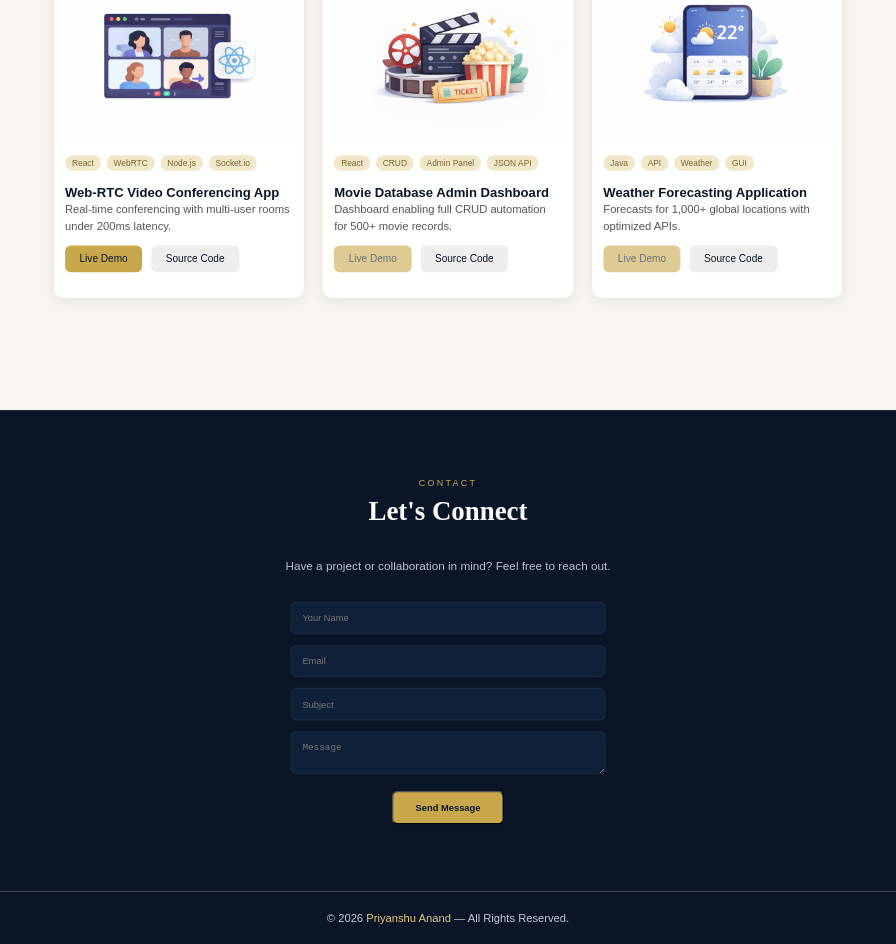
Repository: priyanshuanand12022/My-Portfolio
Page: /
An editor plug-in stored every save of this project. The page is shown before and after the next save, followed by the edit.
The browser window is 1280 px wide. The pictures show the part of the page from y = 1397 to 3317 px (the page is 2746 px tall before and 3317 px after), at 70% of full size.
The project was rebuilt for these pictures with package versions that can differ from the ones it lists, and the page was loaded fresh each time. Also part of the build but not shown: vite.config.js.

Above is the page before, as saved 2026-02-25 23:38:24.

### index.html
<!doctype html>
<html lang="en">
  <head>
    <meta charset="UTF-8" />
    <link rel="icon" href="/favicon.png" type="image/png" sizes="32x32" />
    <link rel="apple-touch-icon" href="/favicon.png" />
    <meta name="viewport" content="width=device-width, initial-scale=1.0" />
    <title>Portfolio</title>
  </head>
  <body>
    <div id="root"></div>
    <script type="module" src="/src/main.jsx"></script>
  </body>
</html>

### src/main.jsx
import React from "react";
import ReactDOM from "react-dom/client";
import Portfolio from "./Portfolio.jsx";

ReactDOM.createRoot(document.getElementById("root")).render(
  <React.StrictMode>
    <Portfolio />
  </React.StrictMode>
);

### src/Portfolio.jsx
import { useState } from "react";
import "./Portfolio.css";
import emailjs from "emailjs-com";

// Images
import webrtcImg from "./assets/webrtc.png";
import movieImg from "./assets/movie.png";
import weatherImg from "./assets/weather.png";
import backendImg from "./assets/backend.png";
import problemImg from "./assets/problem.png";
import teamImg from "./assets/team.png";

export default function Portfolio() {
  const [submitted, setSubmitted] = useState(false);
  const [formData, setFormData] = useState({
    name: "",
    email: "",
    subject: "",
    message: "",
  });

  const handleSubmit = (e) => {
    e.preventDefault();

    emailjs
      .send(
        "service_lk6jd4n",
        "template_el7uc7k",
        {
          name: formData.name,
          email: formData.email,
          subject: formData.subject,
          message: formData.message,
        },
        "nVCyFrHKLSf0xcnOJ"
      )
      .then(() => {
        setSubmitted(true);
      })
      .catch((err) => {
        console.log("Email send error:", err);
        alert("Something went wrong!");
      });
  };

  const handleChange = (e) =>
    setFormData((prev) => ({ ...prev, [e.target.name]: e.target.value }));

  return (
    <div className="portfolio">

      {/* ================= NAVBAR ================= */}
      <nav className="nav">
  {/* Left */}
  <div className="nav-logo">Priyanshu Anand</div>

  {/* Center */}
  <ul className="nav-center">
    <li><a href="#about">About</a></li>
    <li><a href="#skills">Skills</a></li>
    <li><a href="#projects">Projects</a></li>
    <li><a href="#contact">Contact</a></li>
  </ul>

  {/* Right */}
  <div className="nav-right">

    {/* Resume Button */}
    <a
      href="/resume.pdf"
      className="resume-btn"
      target="_blank"
      rel="noopener noreferrer"
    >
      Resume
    </a>

    <a href="https://github.com/priyanshuanand12022" target="_blank">
      <img className="icon" src="/github.svg" alt="GitHub" />
    </a>

    <a href="https://www.linkedin.com/in/priyanshu-anand-213315353" target="_blank">
      <img className="icon" src="/linkedin.svg" alt="LinkedIn" />
    </a>
  </div>
</nav>

      {/* ================= HERO ================= */}
      <section id="about" className="hero">
        <h1>Building performant, scalable & user-focused applications</h1>

        <p className="hero-desc">
          Versatile and results-driven Full Stack Developer with hands-on
          experience in MERN, Spring Boot, and modern databases. Passionate
          about crafting efficient, scalable, and user-centered solutions
          while contributing to open-source and developer communities.
        </p>

        <div className="hero-buttons">
          <a href="#projects" className="btn-primary">View Work</a>
          <a href="#contact" className="btn-secondary">Get In Touch</a>
        </div>
      </section>

      {/* ================= SKILLS ================= */}
      <section id="skills" className="skills">
        <div className="section-tag">SKILLS</div>
        <h2 className="section-title">What I Bring</h2>

        <div className="skills-grid">

          <div className="skill-card">
            <img src={webrtcImg} alt="Frontend" className="skill-img" />
            <h3>Frontend Development</h3>
            <p>React, JavaScript, HTML, CSS, UI/UX oriented design.</p>
          </div>

          <div className="skill-card">
            <img src={backendImg} alt="Backend" className="skill-img" />
            <h3>Backend Engineering</h3>
            <p>Node.js, Spring Boot, REST APIs, MongoDB, SQL.</p>
          </div>

          <div className="skill-card">
            <img src={problemImg} alt="Problem Solving" className="skill-img" />
            <h3>Problem Solving</h3>
            <p>Strong DSA foundation, debugging, and optimization.</p>
          </div>

          <div className="skill-card">
            <img src={teamImg} alt="Team" className="skill-img" />
            <h3>Team & Leadership</h3>
            <p>Collaboration, communication, adaptability, ownership.</p>
          </div>

        </div>
      </section>

      {/* ================= PROJECTS ================= */}
      <section id="projects" className="projects">
        <div className="section-tag">PORTFOLIO</div>
        <h2 className="section-title">Selected Projects</h2>

        <div className="projects-grid">

          {/* WEBRTC */}
          <div className="project-card">
            <img src={webrtcImg} className="project-img" alt="WebRTC" />
            <div className="project-tags">
              <span>React</span>
              <span>WebRTC</span>
              <span>Node.js</span>
              <span>Socket.io</span>
            </div>
            <h3>Web-RTC Video Conferencing App</h3>
            <p>Real-time conferencing with multi-user rooms under 200ms latency.</p>

            <div className="project-buttons">
              <a href="https://webrtc-conference-app2.netlify.app" className="btn-live">Live Demo</a>
              <a href="https://github.com/priyanshuanand12022/webrtc-full-app.git" className="btn-code">Source Code</a>
            </div>
          </div>

          {/* MOVIE DASHBOARD */}
          <div className="project-card">
            <img src={movieImg} className="project-img" alt="Movie Dashboard" />
            <div className="project-tags">
              <span>React</span>
              <span>CRUD</span>
              <span>Admin Panel</span>
              <span>JSON API</span>
            </div>
            <h3>Movie Database Admin Dashboard</h3>
            <p>Dashboard enabling full CRUD automation for 500+ movie records.</p>

            <div className="project-buttons">
              <a className="btn-live disabled">Live Demo</a>
              <a href="https://github.com/priyanshuanand12022/DBMS-Movie-Ticket-Booking-System.git" className="btn-code">Source Code</a>
            </div>
          </div>

          {/* WEATHER APP */}
          <div className="project-card">
            <img src={weatherImg} className="project-img" alt="Weather App" />
            <div className="project-tags">
              <span>Java</span>
              <span>API</span>
              <span>Weather</span>
              <span>GUI</span>
            </div>
            <h3>Weather Forecasting Application</h3>
            <p>Forecasts for 1,000+ global locations with optimized APIs.</p>

            <div className="project-buttons">
              <a className="btn-live disabled">Live Demo</a>
              <a href="https://github.com/priyanshuanand12022/JAVA-WEATHER-APPLICATION-PROJECT.git" className="btn-code">Source Code</a>
            </div>
          </div>

        </div>
      </section>

      {/* ================= CONTACT ================= */}
      <section id="contact" className="contact">
        <div className="section-tag light">CONTACT</div>
        <h2 className="section-title light">Let's Connect</h2>

        <p className="contact-desc">
          Have a project or collaboration in mind? Feel free to reach out.
        </p>

        {submitted ? (
          <div className="thankyou">
            Thank you! I’ll get back to you soon.
          </div>
        ) : (
          <form className="contact-form" onSubmit={handleSubmit}>
            <input name="name" placeholder="Your Name" required onChange={handleChange} />
            <input name="email" type="email" placeholder="Email" required onChange={handleChange} />
            <input name="subject" placeholder="Subject" onChange={handleChange} />
            <textarea name="message" placeholder="Message" required onChange={handleChange} />
            <button className="btn-primary submit-btn">Send Message</button>
          </form>
        )}
      </section>

      {/* ================= FOOTER ================= */}
      <footer className="footer">
        © 2026 <span>Priyanshu Anand</span> — All Rights Reserved.
      </footer>

    </div>
  );
}

### src/Portfolio.css
/* GLOBAL */
* {
  margin: 0;
  padding: 0;
  box-sizing: border-box;
}

body {
  font-family: "DM Sans", sans-serif;
  background: #f8f4ef;
  color: #0a1628;
}

.portfolio {
  width: 100%;
  overflow-x: hidden;
}

/* ================= NAV ================= */
.nav {
  display: flex;
  justify-content: space-between;
  align-items: center;
  padding: 1.1rem 6%;
  position: fixed;
  top: 0;
  width: 100%;
  background: rgba(10, 22, 40, 0.95);
  backdrop-filter: blur(10px);
  z-index: 2000;
}

.nav-logo {
  color: white;
  font-weight: 700;
  font-size: 1.6rem;
  letter-spacing: 0.5px;
}

.nav {
  display: flex;
  justify-content: space-between;   /* keeps left, center, right separated */
  align-items: center;
  padding: 1.2rem 6%;
  position: fixed;
  top: 0;
  width: 100%;
  background: rgba(10, 22, 40, 0.92);
  backdrop-filter: blur(10px);
  z-index: 200;
}

/* Center nav links */
.nav-center {
  position: absolute;
  left: 50%;
  transform: translateX(-50%);   /* centers exactly */
  display: flex;
  gap: 2rem;
  list-style: none;
}

.nav-center a {
  color: #c9cbd1;
  text-decoration: none;
  font-size: 0.88rem;
}

.resume-btn {
  border: 1px solid #c9a84c;
  background: transparent;
  color: #c9a84c;
  padding: 6px 16px;
  border-radius: 6px;
  text-decoration: none;
  font-size: 0.85rem;
  font-weight: 600;
  transition: 0.2s ease;
}

.resume-btn:hover {
  background: #c9a84c;
  color: #0a1628;
}

.nav-center a:hover {
  color: #e8c97a;
}

/* Right social icons */
.nav-right {
  display: flex;
  gap: 1.2rem;
  align-items: center;
}

.nav-logo span {
  color: #c9a84c;
}

/* Nav links */
.nav-links {
  display: flex;
  gap: 2rem;
  list-style: none;
}

.nav-links a {
  color: #c9cbd1;
  text-decoration: none;
  font-size: 0.88rem;
  transition: 0.2s ease;
}

.nav-links a:hover {
  color: #e8c97a;
}

/* Social Icons Right Side */
.nav-social {
  display: flex;
  align-items: center;
  gap: 1rem;
}

.nav-social .icon {
  width: 22px;
  height: 22px;
  filter: brightness(0) invert(1); /* white icons */
  opacity: 0.85;
  transition: 0.2s;
}

.nav-social .icon:hover {
  opacity: 1;
  transform: scale(1.15);
}

/* ================= HERO ================= */
.hero {
  background: #0a1628;
  color: white;
  padding: 10rem 6% 7rem;
}

.hero h1 {
  font-family: "Playfair Display", serif;
  font-size: 3.4rem;
  max-width: 750px;
  line-height: 1.2;
}

.hero-desc {
  margin-top: 1.3rem;
  color: #aeb5c3;
  max-width: 620px;
  line-height: 1.6;
}

.hero-buttons {
  margin-top: 2rem;
  display: flex;
  gap: 1rem;
}

.btn-primary {
  background: #c9a84c;
  color: #0a1628;
  padding: 0.9rem 2rem;
  border-radius: 8px;
  text-decoration: none;
  font-weight: 600;
}

.btn-secondary {
  background: white;
  color: #0a1628;
  padding: 0.9rem 2rem;
  border-radius: 8px;
  text-decoration: none;
  font-weight: 600;
}

/* ================= SECTION HEADERS ================= */
.section-tag {
  text-align: center;
  letter-spacing: 0.25em;
  color: #c9a84c;
  font-size: 0.8rem;
}

.section-title {
  text-align: center;
  font-family: "Playfair Display", serif;
  font-size: 2.4rem;
  margin: 0.7rem 0 3rem;
}

/* ================= SKILLS ================= */
.skills {
  padding: 6rem 6%;
}

.skills-grid {
  display: grid;
  grid-template-columns: repeat(auto-fit, minmax(260px, 1fr));
  gap: 1.5rem;
}

.skill-card {
  background: white;
  padding: 1.5rem;
  border-radius: 16px;
  text-align: center;
  min-height: 260px;
  box-shadow: 0 4px 20px rgba(0, 0, 0, 0.08);
}

.skill-img {
  width: 180px;
  margin: 0 auto 1rem;
  display: block;
}

.skill-card h3 {
  font-size: 1.2rem;
  margin-bottom: 0.4rem;
}

.skill-card p {
  color: #515c6c;
  line-height: 1.5;
}

/* ================= PROJECTS ================= */
.projects {
  padding: 6rem 6%;
}

.projects-grid {
  display: grid;
  grid-template-columns: repeat(auto-fit, minmax(290px, 1fr));
  gap: 1.7rem;
}

.project-card {
  background: white;
  border-radius: 14px;
  padding-bottom: 1.3rem;
  box-shadow: 0 4px 20px rgba(0, 0, 0, 0.08);
}

.project-img {
  width: 100%;
  border-radius: 14px 14px 0 0;
}

.project-tags {
  display: flex;
  gap: 8px;
  flex-wrap: wrap;
  padding: 0.8rem 1rem;
}

.project-tags span {
  background: #f1e7c9;
  color: #7b6630;
  padding: 4px 10px;
  border-radius: 20px;
  font-size: 0.75rem;
}

.project-card h3 {
  padding: 0 1rem;
  margin-top: 0.5rem;
}

.project-card p {
  padding: 0 1rem;
  color: #555;
  line-height: 1.5;
}

.project-buttons {
  padding: 1rem;
  display: flex;
  gap: 0.8rem;
}

.btn-live {
  background: #c9a84c;
  color: #0a1628;
  padding: 0.7rem 1.3rem;
  border-radius: 8px;
  font-size: 0.9rem;
  text-decoration: none;
}

.btn-code {
  background: #eee;
  color: #0a1628;
  padding: 0.7rem 1.3rem;
  border-radius: 8px;
  font-size: 0.9rem;
  text-decoration: none;
}

.disabled {
  opacity: 0.6;
  pointer-events: none;
}

/* ================= CONTACT ================= */
.contact {
  background: #0a1628;
  color: white;
  padding: 6rem 6%;
  margin-top: 4rem;
  text-align: center;
}

.section-title.light {
  color: white;
}

.contact-desc {
  margin-top: 1rem;
  color: #b7c0cf;
  font-size: 1.05rem;
}

.contact-form {
  margin-top: 2.5rem;
  max-width: 450px;
  margin-left: auto;
  margin-right: auto;
  display: flex;
  flex-direction: column;
  gap: 1rem;
}

.contact-form input,
.contact-form textarea {
  padding: 0.9rem 1rem;
  background: #102039;
  border-radius: 8px;
  border: 1px solid #21324d;
  color: white;
}

.submit-btn {
  margin-top: 0.5rem;
  align-self: center;
}

/* ================= FOOTER ================= */
.footer {
  text-align: center;
  padding: 1.8rem 0;
  background: #0a1628;
  color: #c2cad6;
}

.footer span {
  color: #e6c878;
}

After the next save:
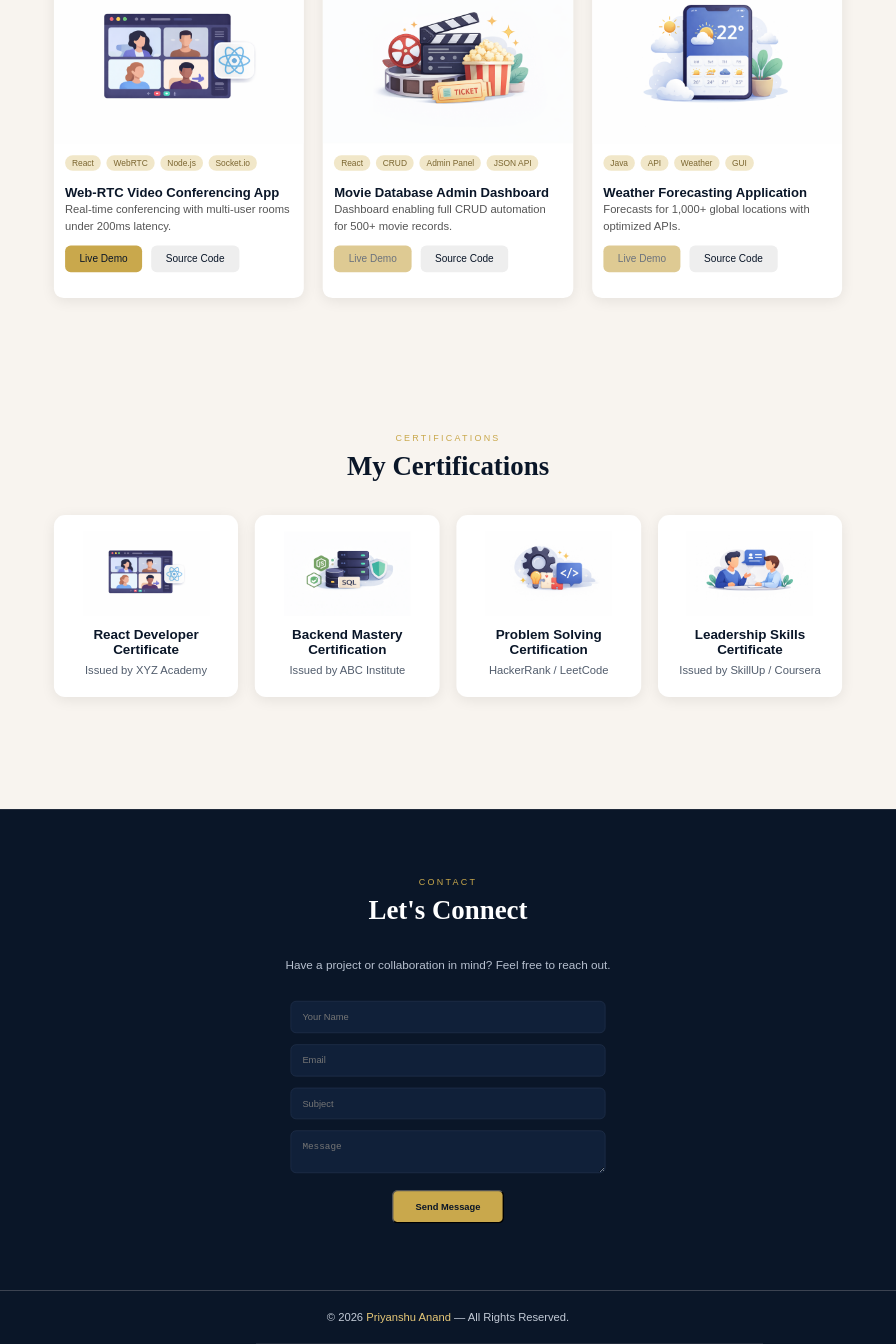
Saved 12 h 37 min later.
--- a/src/Portfolio.jsx
+++ b/src/Portfolio.jsx
@@ -200,6 +200,56 @@ export default function Portfolio() {
         </div>
       </section>
 
+      {/* ================= CERTIFICATIONS ================= */}
+<section id="certifications" className="skills">
+  <div className="section-tag">CERTIFICATIONS</div>
+  <h2 className="section-title">My Certifications</h2>
+
+  <div className="skills-grid">
+
+    <div
+      className="skill-card"
+      onClick={() => window.open("/certificates/cert1.pdf", "_blank")}
+      style={{ cursor: "pointer" }}
+    >
+      <img src={webrtcImg} alt="Cert 1" className="skill-img" />
+      <h3>React Developer Certificate</h3>
+      <p>Issued by XYZ Academy</p>
+    </div>
+
+    <div
+      className="skill-card"
+      onClick={() => window.open("/certificates/cert2.pdf", "_blank")}
+      style={{ cursor: "pointer" }}
+    >
+      <img src={backendImg} alt="Cert 2" className="skill-img" />
+      <h3>Backend Mastery Certification</h3>
+      <p>Issued by ABC Institute</p>
+    </div>
+
+    <div
+      className="skill-card"
+      onClick={() => window.open("/certificates/cert3.pdf", "_blank")}
+      style={{ cursor: "pointer" }}
+    >
+      <img src={problemImg} alt="Cert 3" className="skill-img" />
+      <h3>Problem Solving Certification</h3>
+      <p>HackerRank / LeetCode</p>
+    </div>
+
+    <div
+      className="skill-card"
+      onClick={() => window.open("/certificates/cert4.pdf", "_blank")}
+      style={{ cursor: "pointer" }}
+    >
+      <img src={teamImg} alt="Cert 4" className="skill-img" />
+      <h3>Leadership Skills Certificate</h3>
+      <p>Issued by SkillUp / Coursera</p>
+    </div>
+
+  </div>
+</section>
+
       {/* ================= CONTACT ================= */}
       <section id="contact" className="contact">
         <div className="section-tag light">CONTACT</div>
